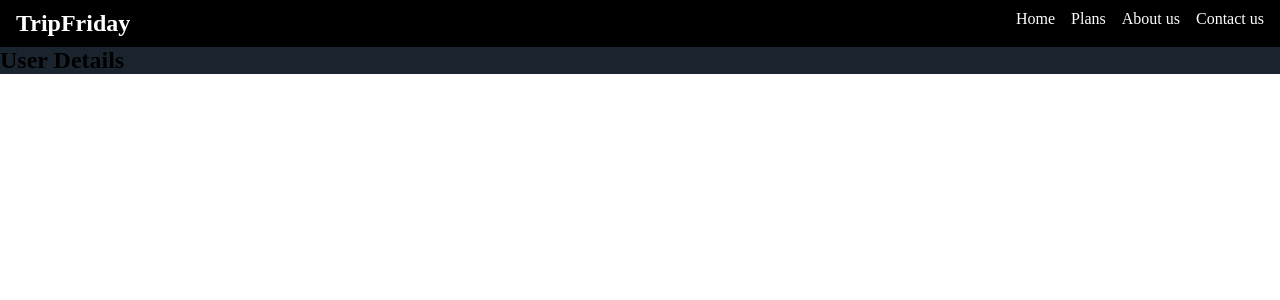
Repository: suraj-yadav7/userprofile
Page: /
The author's editor kept a copy of each file at every save. The page is drawn from the files as they stood at one save, then again after the next save.
The browser window is 1280 px wide. The pictures show the whole page.
The page's requests for data from a server got no answer. The project was rebuilt for these pictures with package versions that can differ from the ones it lists, and the page was loaded fresh each time. No one was signed in, and anything a server would have sent is missing. Also part of the build but not shown: src/assests/userDetails.scss, src/components/UserDetails.jsx.

Above is the page before, as saved 2023-05-04 15:08:00.

### src/App.js
import './App.scss';
import UserProfile from './components/UserProfile';
import UserDetails from './components/UserDetails';
import { BrowserRouter as Router, Routes, Route } from 'react-router-dom';
import Header from './components/Header';


function App() {
  return (
    <>
    <Router>
      <Header />
      <Routes>
        <Route exact path='/' element={<UserProfile/>} />
        <Route exact path='/userdetails' element={<UserDetails/> } />
      </Routes>
    </Router>
    </>
  );
}

export default App;

### src/App.scss
*{
padding: 0;
margin: 0;
box-sizing: border-box;
}
nav{
    display: flex;
    justify-content:space-between;
    padding: 10px 1rem;
    background-color: black;
    color: white;
    >div>ul{
        display: flex;
        list-style: none;
        gap: 1rem;
    }
}

### src/components/UserProfile.jsx
import React, { useEffect, useState } from 'react';
import { useNavigate } from 'react-router-dom';
import "../assests/userProfile.scss";

const UserProfile = () => {
  const [show, setShow] = useState(false)
  const [userData, setUserData] = useState("")
  const navigate = useNavigate()

  const handleNavigate = () => {
    navigate("/userdetails")
  }

  useEffect(() => {
    const Users = async () => {
      try {
        const fetchUser = await fetch("https://jsonplaceholder.typicode.com/users")
        const data = await fetchUser.json()
        setUserData(data)
      }
      catch (error) {
        console.log("Error while fetching user data from api")
      }
    }
    Users()
  }, [])
  console.log(userData.username)
  return (
    <>
      <div className='userprofile'>
        <h2>User Details</h2>
        <div className='main'>
        <div className='userList'>
          {
            Array.isArray(userData) && userData.map((userIndex) => {
              return (
                <div className='fetchList'>
                  <p onMouseOver={() => setShow(true)} onMouseOut={() => setShow(false)}>{userIndex.username}</p> <button onClick={handleNavigate} >Show Details</button>
                </div>
              )
            })}

        </div>
        {show ?
          (<div className='hoverItem'>
            <p>Username: srikanth67</p>
            <p>Email: srikanth@gmail.com</p>
          </div>) : null
        }
        </div>
      </div>
    </>
  )
}

export default UserProfile

### src/components/Header.jsx
import React from 'react'

const Header = () => {
  return (
  <>
  <nav>
<h1>TripFriday</h1>
<div>
    <ul>
        <li>Home</li>
        <li>Plans</li>
        <li>About us</li>
        <li>Contact us</li>
    </ul>
</div>
</nav>
  </>
  )
}

export default Header

### src/assests/userProfile.scss
@import "./color.scss";

.userprofile{
background-color: $secondary-color;
}
.main{
    display: flex;

}
.userList{
    >div{
        padding: 1rem;
        display: flex;
        text-align: center;
    }
}
.fetchList,p,button{
    padding: 30 px;
    margin: 1rem;
    text-align: center;

    >p{
        font: 400 1.1rem sans-serif;
    }
    >button{
        background-color:beige;
        border:1px solid grey;
        width: 6rem;
        height: 2rem;
        border-radius: 1rem;
    }
}
.hoverItem{
    margin: 10rem 3rem;
}

### src/assests/color.scss
$primary-color: #0f171e;
$secondary-color: #1a242f;
$font-primary:#ffff;
$font-secondary: #79b8f3;

Loaded but not shown: public/index.html (common file); src/index.js (common file)

After the next save:
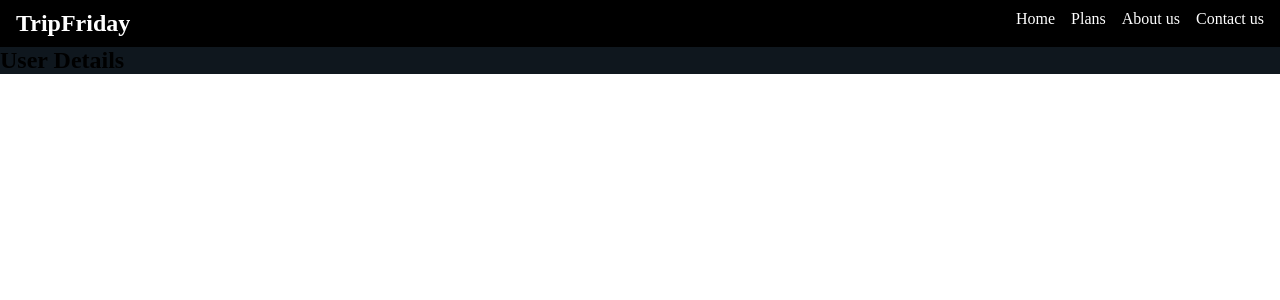
Saved 6 s later.
--- a/src/assests/userProfile.scss
+++ b/src/assests/userProfile.scss
@@ -1,7 +1,7 @@
 @import "./color.scss";
 
 .userprofile{
-background-color: $secondary-color;
+background-color: $primary-color;
 }
 .main{
     display: flex;
